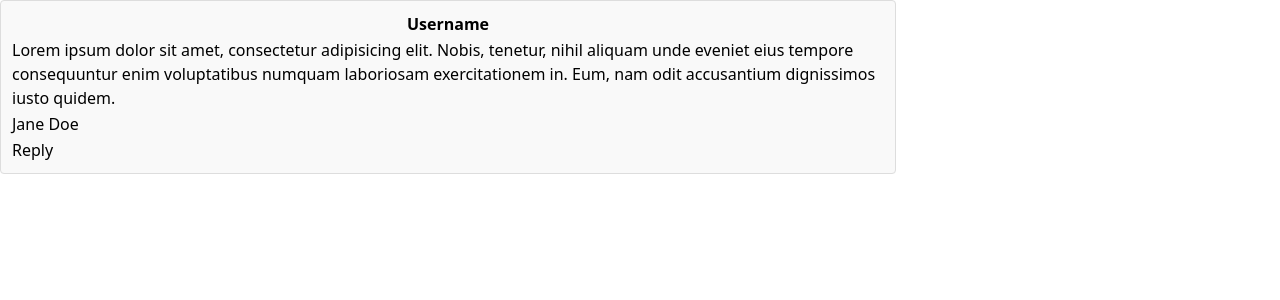
Repository: Yahya9102/Java22-ux22-Sideproject-main
Page: /
An editor plug-in stored every save of this project. The page is shown before and after the next save, followed by the edit.
The browser window is 1280 px wide. The pictures show the whole page.
The project was rebuilt for these pictures with package versions that can differ from the ones it lists, and the page was loaded fresh each time. The framework's server and built-in components were replaced by stand-ins that run in the browser. Also part of the build but not shown: next.config.js.

Above is the page before, as saved 2023-04-13 10:18:34.

After the next save:
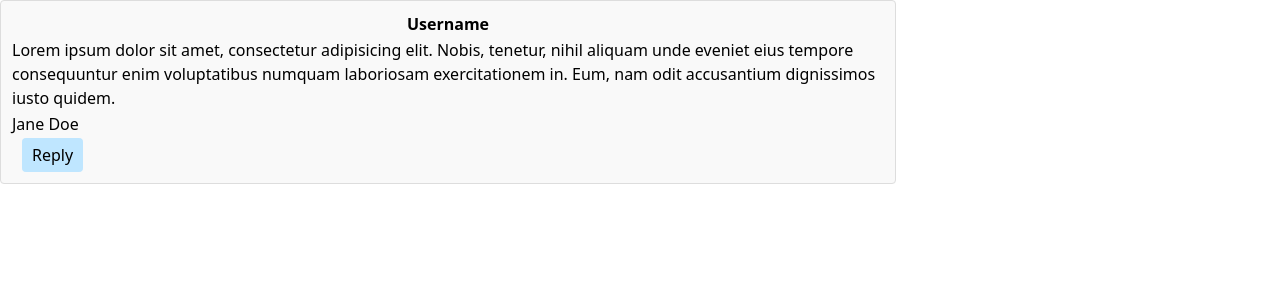
Saved 10 s later.
--- a/p-components/body.tsx
+++ b/p-components/body.tsx
@@ -26,7 +26,7 @@ const Body: NextPage<Props> = ({}) => {
           </tr>
           <tr>
             <td>
-              <button>Reply</button>
+              <button className={styles.table_button}>Reply</button>
             </td>
           </tr>
         </tbody>
